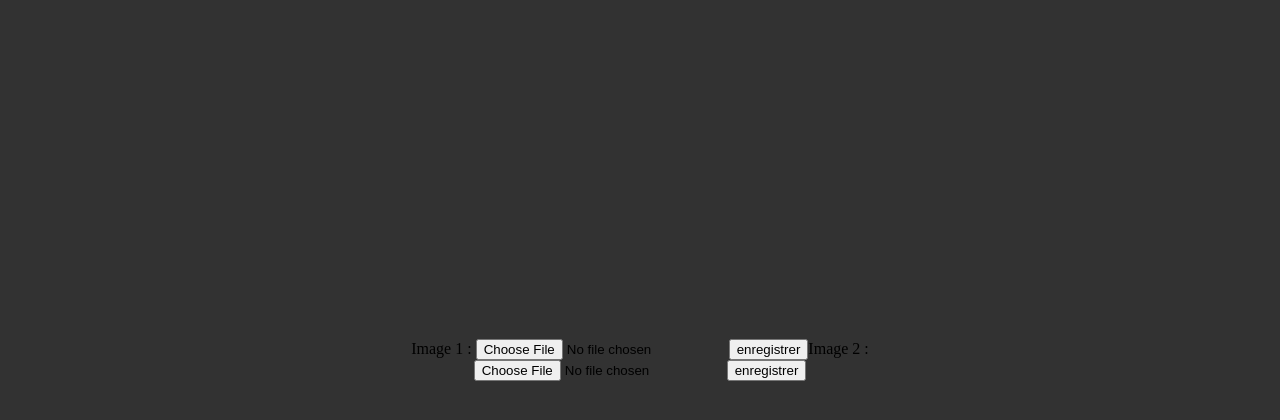
Repository: Lucas-Cassan/img-assembler
Page: / (app in frontend/)
These files come from the project's save history. The page is drawn as it stood at one moment and after the next save; the edit follows.
The browser window is 1280 px wide. The pictures show the whole page.
The project was rebuilt for these pictures with package versions that can differ from the ones it lists, and the page was loaded fresh each time.

Above is the page before, as saved 2022-02-02 14:54:27.

### frontend/src/index.js
import React from "react";
import ReactDOM from "react-dom";
import "./styles/index.scss";
import App from "./App";

ReactDOM.render(
  <React.StrictMode>
    <App />
  </React.StrictMode>,
  document.getElementById("root"),
);

### frontend/src/styles/index.scss
html{
    padding: 0;
    margin: 0;

    body{
        padding: 0;
        margin: 0;
        width: 100vw;
        height: 100vh;
        overflow: hidden;
        display: flex;
        justify-content: center;
        align-items: center;
        background-color: #323232;

        #root{
            width: 100%;
            height: 100%;
            display: flex;
            justify-content: center;
            align-items: center;
            flex-direction: column;

            #img{

            }
            form{

            }
        }

    }
}

### frontend/src/App.js
import React from "react";
import Fusiooooon from "./pages/Fusiooooon";

const App = () => {
  return (
    <>
      <Fusiooooon />
    </>
  );
};

export default App;

### frontend/src/pages/Fusiooooon.js
import React, { useState } from "react";
import axios from "axios";

const Fusiooooon = () => {
  const [file1, setFile1] = useState();
  const [file2, setFile2] = useState();

  const handleSubmit = (e) => {
    e.preventDefault();

    console.log(file1);
    const data = new FormData();
    data.append("file", file1);

    axios({
      method: "post",
      url: `http://localhost:5000/img/merge`,
      data,
    })
      .then((res) => console.log(res))
      .catch((err) => console.log(err));
  };

  const handleSubmit2 = (e) => {
    e.preventDefault();

    console.log(file1);
    const data = new FormData();
    data.append("file", file2);

    axios({
      method: "post",
      url: `http://localhost:5000/img/merge`,
      data,
    })
      .then((res) => console.log(res))
      .catch((err) => console.log(err));
  };

  return (
    <>
      <div id="image"></div>
      <form action="" onSubmit={handleSubmit}>
        <label htmlFor="">Image 1 : </label>
        <input
          type="file"
          name="file"
          id="file"
          accept=".jpg, .jpeg, .png"
          onChange={(e) => setFile1(e.target.files[0])}
        />
        <input type="submit" value="enregistrer" />
        <label htmlFor="">Image 2 : </label>
      </form>
      <form action="" onSubmit={handleSubmit2}>
        <input
          type="file"
          name="file"
          id="file"
          accept=".jpg, .jpeg, .png"
          onChange={(e) => setFile2(e.target.files[0])}
        />
        <input type="submit" value="enregistrer" />
      </form>
    </>
  );
};

export default Fusiooooon;

Loaded but not shown: frontend/public/index.html (common file)

After the next save:
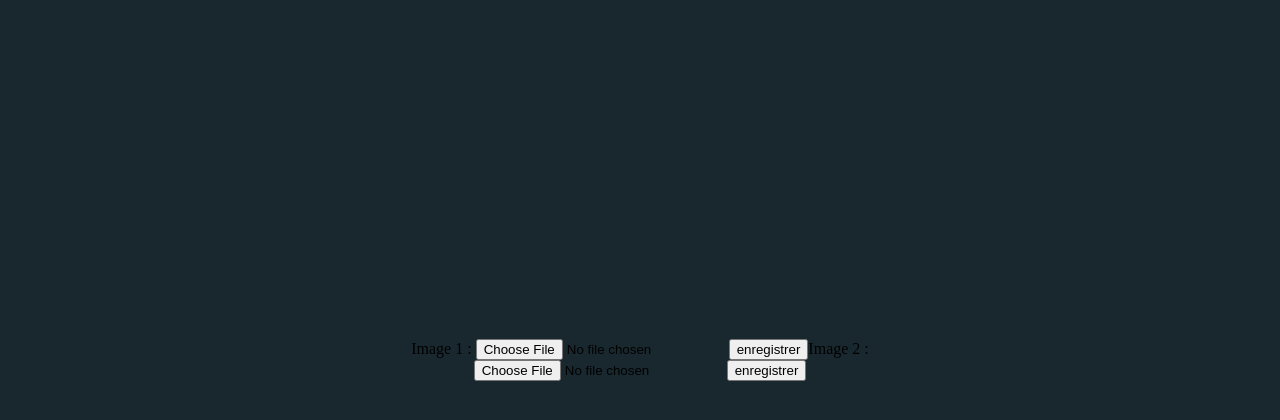
Saved 9 s later.
--- a/frontend/src/styles/index.scss
+++ b/frontend/src/styles/index.scss
@@ -11,7 +11,7 @@
         display: flex;
         justify-content: center;
         align-items: center;
-        background-color: #323232;
+        background-color: #19282F;
 
         #root{
             width: 100%;

After the save that followed:
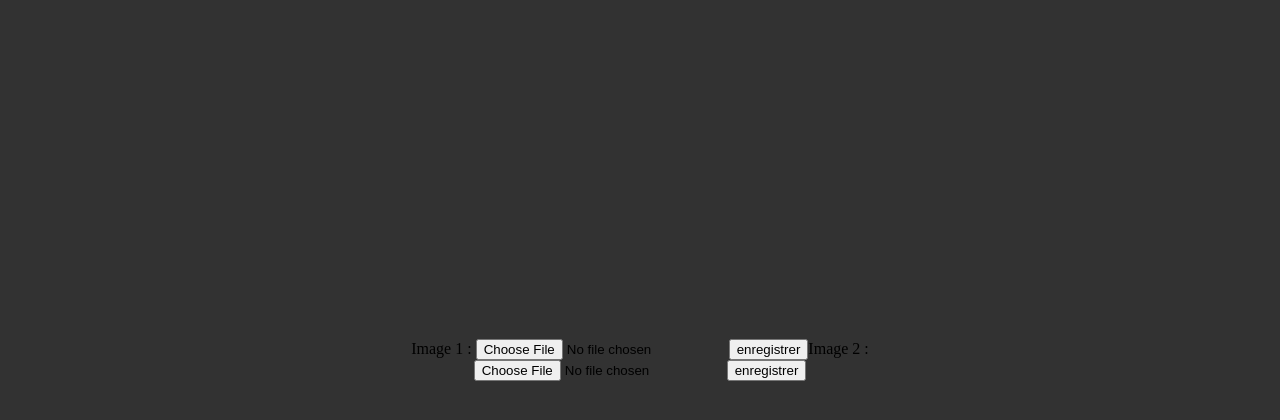
Saved 29 s later.
--- a/frontend/src/styles/index.scss
+++ b/frontend/src/styles/index.scss
@@ -11,7 +11,7 @@
         display: flex;
         justify-content: center;
         align-items: center;
-        background-color: #19282F;
+        background-color: #323232;
 
         #root{
             width: 100%;
